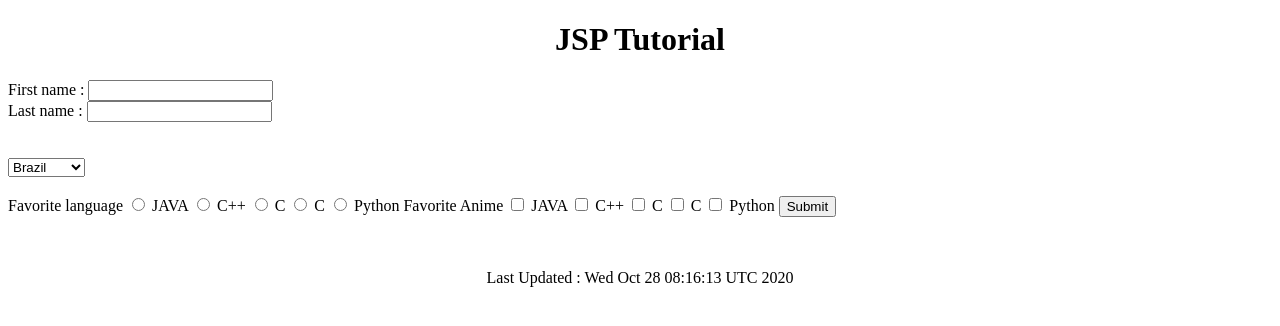
Repository: Gyepike/JSP
Page: http://localhost/JSPDemo/student-dropdownform.jsp
The author's editor kept a copy of each file at every save. The page is drawn from the files as they stood at one save, then again after the next save.
The browser window is 1280 px wide. The pictures show the whole page.
The page is served by Tomcat 9. Other server files are loaded and not shown.

Above is the page before, as saved 2020-10-30 21:59:54.

### JSPDemo/WebContent/student-dropdownform.jsp
<%@ page language="java" contentType="text/html; charset=UTF-8"
    pageEncoding="UTF-8"%>
<!DOCTYPE html>
<html>
<head>
<meta charset="UTF-8">
<title>Insert title here</title>
</head>
<body>
  <jsp:include page="my-header.html"></jsp:include>
     <form action="student-response-dropdown.jsp" method="GET">
       First name : <input type="text" name="firstName">
       <br/>
       Last name : <input type="text" name="lastName">
       <br/>


       <br/> <br/>
        <select name="country">
          <option>Brazil</option>
   	      <option>Germany</option>
   	      <option>Turkey</option>
   	      <option>UK</option>
   	    </select>

   	    <br/> <br/>
         Favorite language
         <input type="radio" name="programming" value="JAVA"> JAVA
         <input type="radio" name="programming" value="C++"> C++
         <input type="radio" name="programming" value="C"> C
         <input type="radio" name="programming" value="PHP"> C
         <input type="radio" name="programming" value="Python"> Python

         Favorite Anime

         <input type="checkbox" name="programming" value="One Piece"> JAVA
         <input type="checkbox" name="programming" value="Naruto"> C++
         <input type="checkbox" name="programming" value="Dead Note"> C
         <input type="checkbox" name="programming" value="Suzumiya"> C
         <input type="checkbox" name="programming" value="She Ra"> Python

         <input type="submit" value="Submit">

     </form>
     <br/> <br/>
    <jsp:include page="my-footer.jsp"></jsp:include>
</body>
</html>

### JSPDemo/WebContent/my-footer.jsp
<%@ page language="java" contentType="text/html; charset=UTF-8"
    pageEncoding="UTF-8"%>
<!DOCTYPE html>
<html>
<head>
<meta charset="UTF-8">
</head>
<body>
   <p align="center">
   Last Updated : <%= new java.util.Date() %>
   </p>
</body>
</html>

Loaded but not shown: JSPDemo/WebContent/my-header.html (common file)

After the next save:
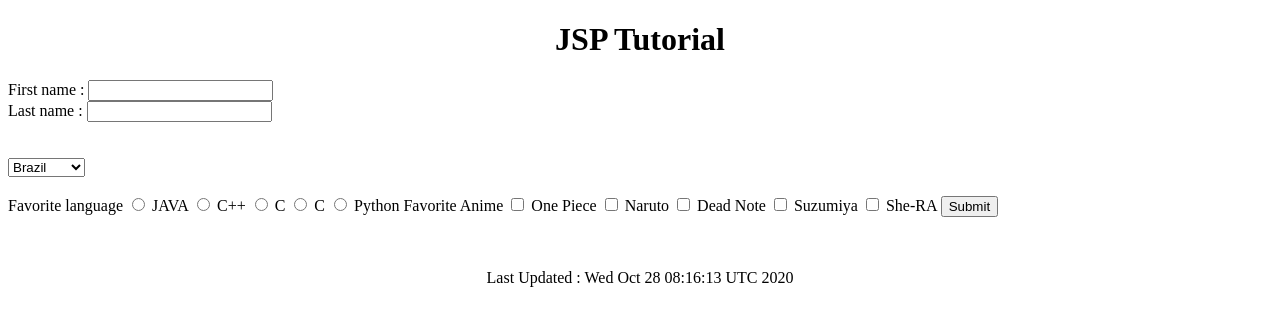
Saved 52 s later.
--- a/JSPDemo/WebContent/student-dropdownform.jsp
+++ b/JSPDemo/WebContent/student-dropdownform.jsp
@@ -33,11 +33,11 @@
 
          Favorite Anime
 
-         <input type="checkbox" name="programming" value="One Piece"> JAVA
-         <input type="checkbox" name="programming" value="Naruto"> C++
-         <input type="checkbox" name="programming" value="Dead Note"> C
-         <input type="checkbox" name="programming" value="Suzumiya"> C
-         <input type="checkbox" name="programming" value="She Ra"> Python
+         <input type="checkbox" name="programming" value="One Piece"> One Piece
+         <input type="checkbox" name="programming" value="Naruto"> Naruto
+         <input type="checkbox" name="programming" value="Dead Note"> Dead Note
+         <input type="checkbox" name="programming" value="Suzumiya"> Suzumiya
+         <input type="checkbox" name="programming" value="She-Ra"> She-RA
 
          <input type="submit" value="Submit">
 
